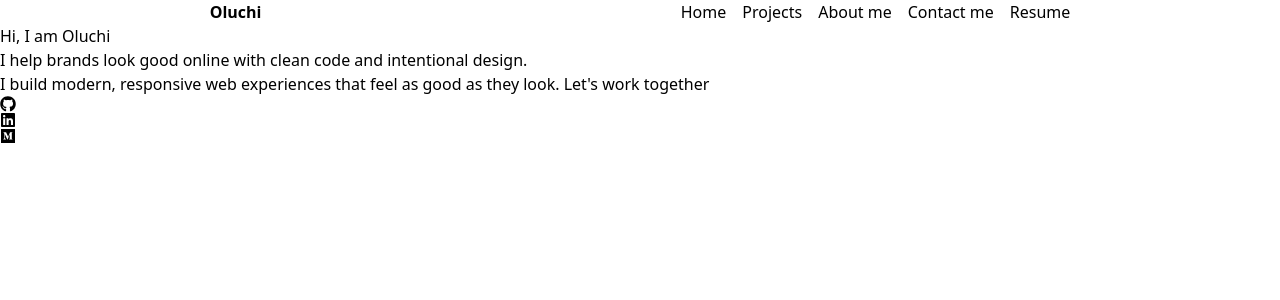
Repository: ooluchi/portfolio_
Page: / (app in my-react-app/)
An editor plug-in stored every save of this project. The page is shown before and after the next save, followed by the edit.
The browser window is 1280 px wide. The pictures show the whole page.
The project was rebuilt for these pictures with package versions that can differ from the ones it lists, and the page was loaded fresh each time. Also part of the build but not shown: my-react-app/vite.config.ts.

Above is the page before, as saved 2025-11-19 12:21:19.

After the next save:
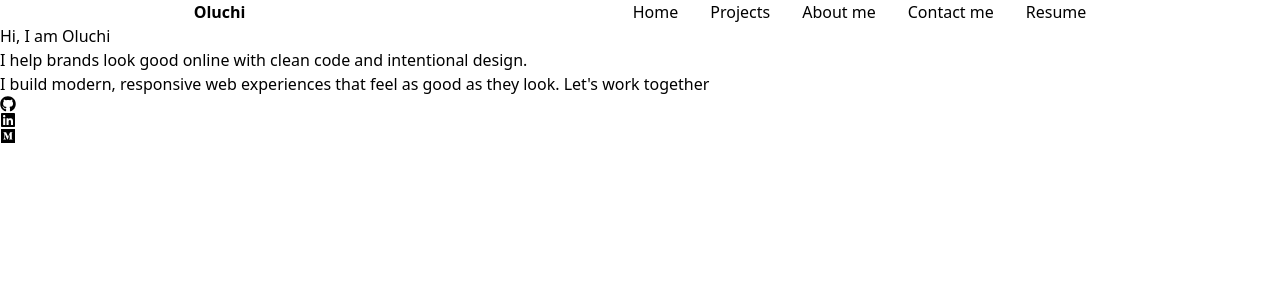
Saved 9 s later.
--- a/my-react-app/src/components/NavBar.tsx
+++ b/my-react-app/src/components/NavBar.tsx
@@ -6,7 +6,7 @@
     <nav>
       <div className="flex justify-around items-center">
         <h2 className="font-bold">Oluchi</h2>
-        <ul className=" flex gap-4 list-none">
+        <ul className=" flex gap-8 list-none">
           <li className=""><a href="#">Home</a></li>
           <li className=""><a href="#">Projects</a></li>
           <li className=""><a href="#">About me</a></li>
